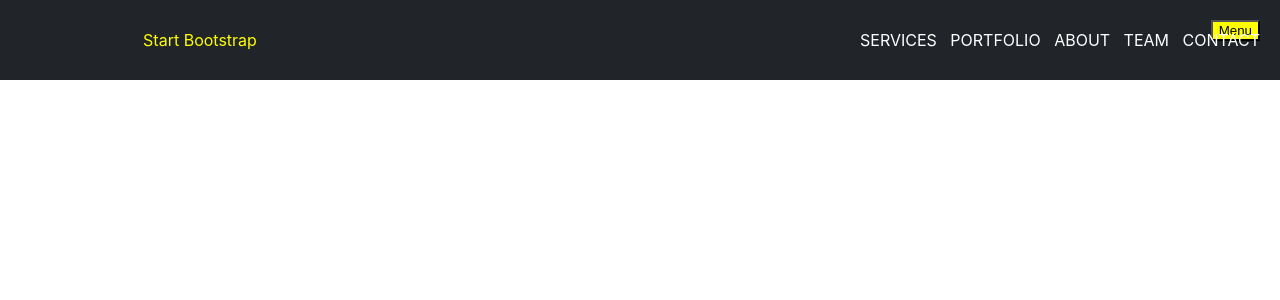
Repository: ooter37/media-queries-afternoon
Page: / (app in portfolio-clone/)
The author's editor kept a copy of each file at every save. The page is drawn from the files as they stood at one save, then again after the next save.
The browser window is 1280 px wide. The pictures show the whole page.
The project was rebuilt for these pictures with package versions that can differ from the ones it lists, and the page was loaded fresh each time.

Above is the page before, as saved 2020-04-13 14:57:18.

After the next save:
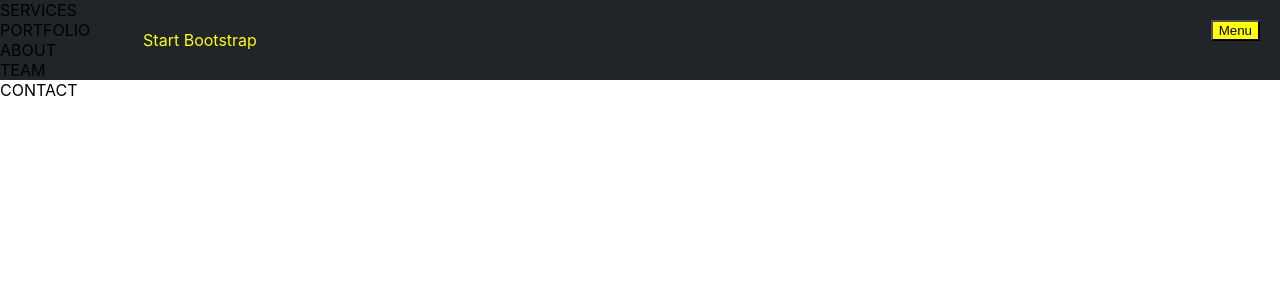
Saved 4 s later.
--- a/portfolio-clone/src/Components/Banner.js
+++ b/portfolio-clone/src/Components/Banner.js
@@ -25,7 +25,7 @@
                     <div className='start-bootstrap'>Start Bootstrap</div>
                     <div className='buttons-background'>
                             <button className='menu-button' onClick={() => this.toggleSidebar()}>Menu</button>
-                    <div className='buttons'>
+                    <div className='hidden-buttons'>
 
 
                             <div>SERVICES</div>

After the 2 saves that followed:
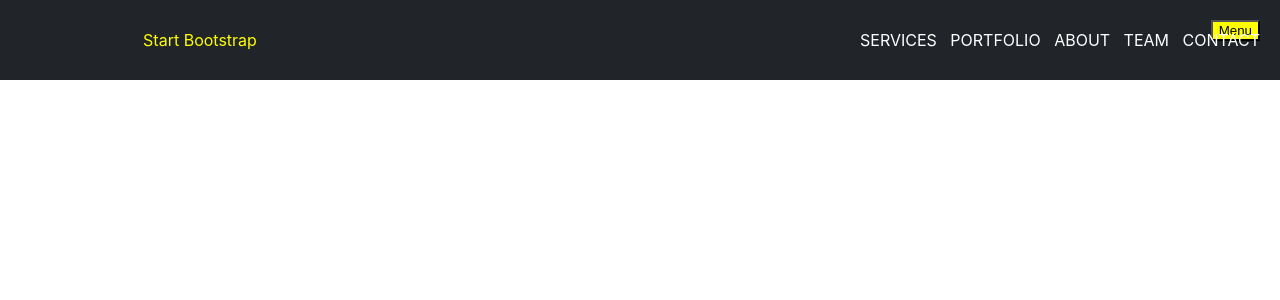
The 2 saves are shown as one change because 1 left the picture as it was.
The last was saved 59 s later.
--- a/portfolio-clone/src/App.css
+++ b/portfolio-clone/src/App.css
@@ -54,6 +54,13 @@ body {
     top: 50px;
   }
   .hidden-buttons {
+    flex-direction: column;
+    align-items: baseline;
+    justify-content: space-around;
+    min-width: 300px;
+    height: 150px;
+    left: 147px;
+    top: 50px;
     display: none;
   }
   .buttons-background {
--- a/portfolio-clone/src/Components/Banner.js
+++ b/portfolio-clone/src/Components/Banner.js
@@ -25,7 +25,7 @@
                     <div className='start-bootstrap'>Start Bootstrap</div>
                     <div className='buttons-background'>
                             <button className='menu-button' onClick={() => this.toggleSidebar()}>Menu</button>
-                    <div className='hidden-buttons'>
+                    <div className='buttons'>
 
 
                             <div>SERVICES</div>
